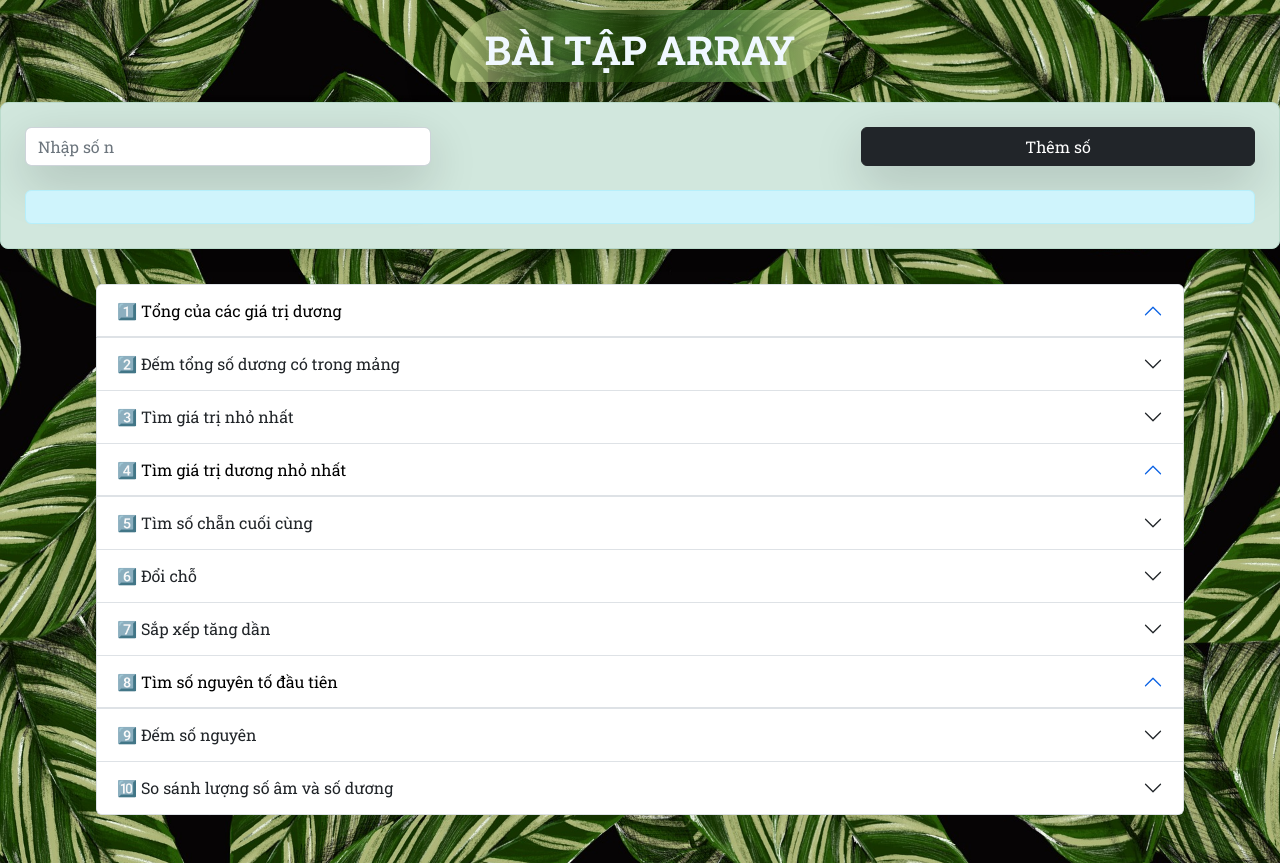
Repository: hcozyph/TranHuuPhuoc_BC43_BT_JS_Buoi7_8_ARRAY
Page: index.html
The author's editor kept a copy of each file at every save. The page is drawn from the files as they stood at one save, then again after the next save.
The browser window is 1280 px wide. The pictures show the whole page.
Backgrounds fixed to the window are drawn as part of the page.

Above is the page before, as saved 2023-02-26 13:08:44.

After the next save:
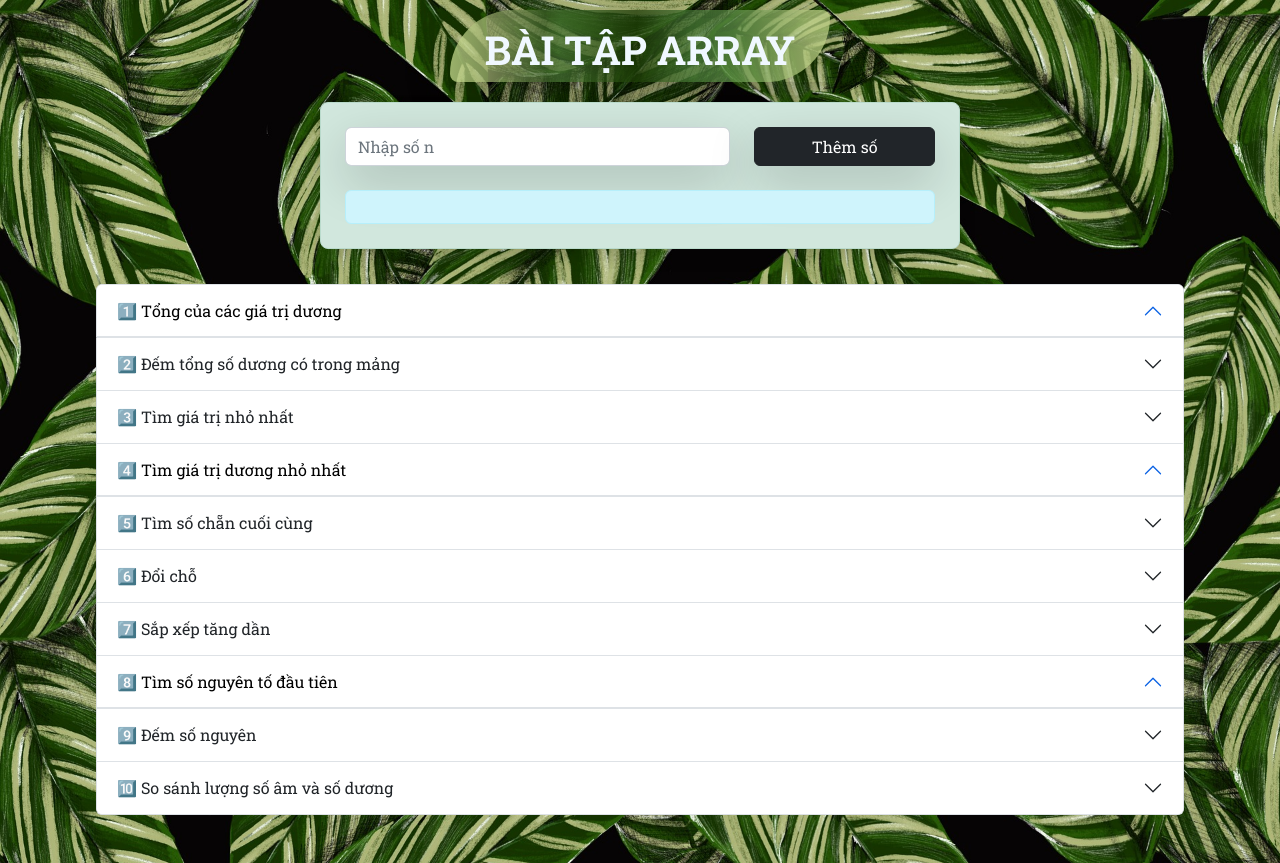
Saved 26 s later.
--- a/index.html
+++ b/index.html
@@ -50,7 +50,7 @@
 
                 <div
                     id="mainArray"
-                    class="alert alert-success rounded-3 shadow p-4"
+                    class="alert alert-success rounded-3 shadow p-4 w-lg-75 w-md-50 w-50"
                     style="margin: 20px auto"
                 >
                     <div class="row row-cols-3">
@@ -58,7 +58,7 @@
                             <input
                                 id="user-input"
                                 type="number"
-                                class="form-control shadow-lg py-2 w-lg-75 w-md-50 w-50"
+                                class="form-control shadow-lg py-2"
                                 placeholder="Nhập số n"
                                 style="height: 100%"
                             />
